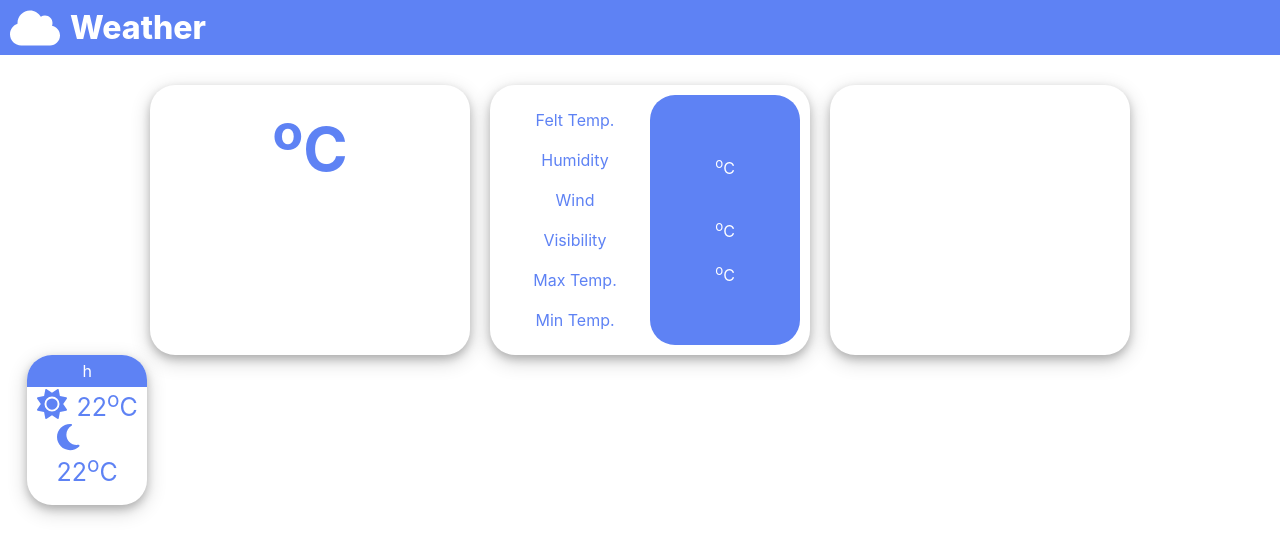
Repository: ahmedazawi/weather-app
Page: /
The author's editor kept a copy of each file at every save. The page is drawn from the files as they stood at one save, then again after the next save.
The browser window is 1280 px wide. The pictures show the whole page.
The project was rebuilt for these pictures with package versions that can differ from the ones it lists, and the page was loaded fresh each time. Also part of the build but not shown: src/components/Map.js.

Above is the page before, as saved 2022-11-30 15:48:18.

After the next save:
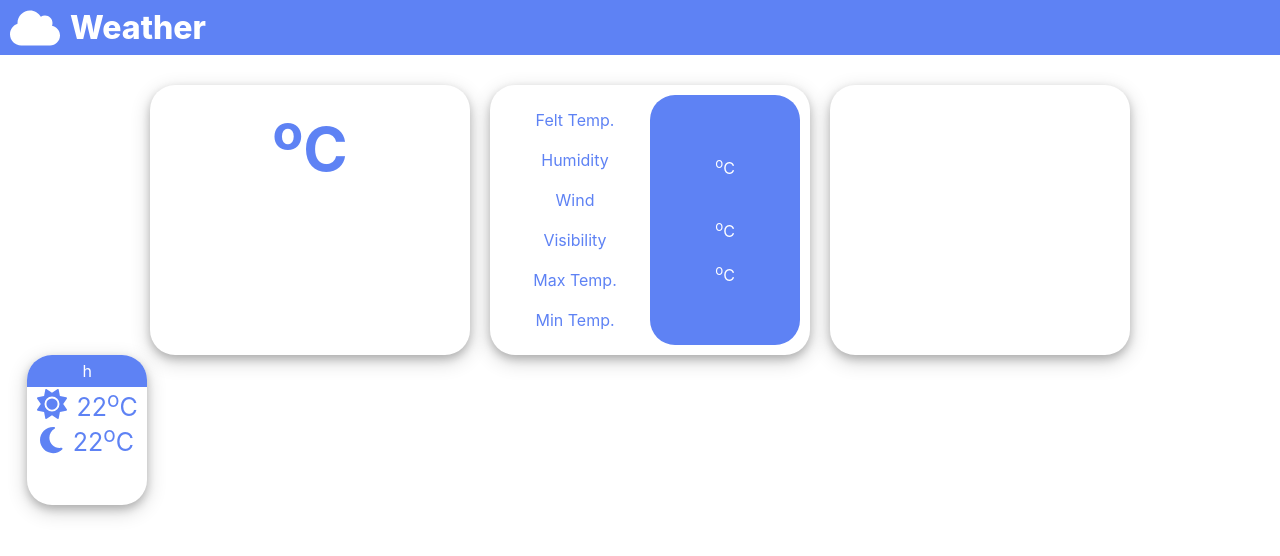
Saved 96 s later.
--- a/src/components/SevenDaysCards.js
+++ b/src/components/SevenDaysCards.js
@@ -1,9 +1,7 @@
 import React from "react";
 import "../assets/css/SevenDaysCards.css";
 import { FontAwesomeIcon } from "@fortawesome/react-fontawesome";
-import { faSun } from "@fortawesome/free-solid-svg-icons";
-import { faMoon } from "@fortawesome/free-solid-svg-icons";
-
+import { faMoon, faSun } from "@fortawesome/free-solid-svg-icons";
 const SevenDaysCards = () => {
   return (
     <div className="small-cards">
@@ -22,15 +20,14 @@ const SevenDaysCards = () => {
           </div>
 
           <div className="sm-cards-temp-min">
-            <div className="sm-cards-temp-max">
-              <FontAwesomeIcon
-                className="moon-icon"
-                icon={faMoon}
-                style={{ fontSize: "30px" }}
-              />
-              <div style={{ fontSize: "25px" }}>
-                22<sup>o</sup>C
-              </div>
+            <FontAwesomeIcon
+              className="moon-icon"
+              icon={faMoon}
+              style={{ fontSize: "30px" }}
+            />
+
+            <div style={{ fontSize: "25px" }}>
+              22<sup>o</sup>C
             </div>
           </div>
         </div>
@@ -40,3 +37,9 @@ const SevenDaysCards = () => {
 };
 
 export default SevenDaysCards;
+<FontAwesomeIcon
+  className="f-icon"
+  icon={faSun}
+  color="black"
+  style={{ marginLeft: "10px", fontSize: "40px" }}
+/>;
